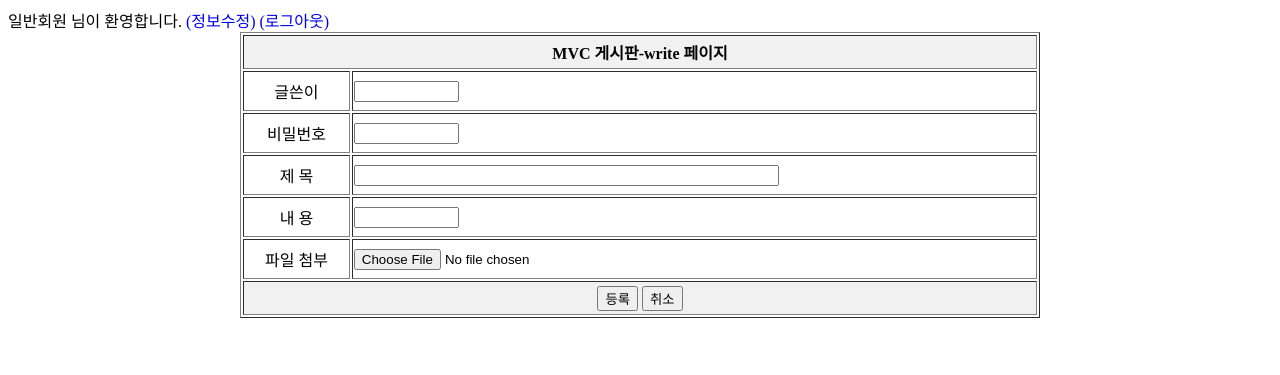
Repository: rumor1993/KH1
Page: http://localhost/Board/board/qna_board_reply.jsp
These files come from the project's save history. The page is drawn as it stood at one moment and after the next save; the edit follows.
The browser window is 1280 px wide. The pictures show the whole page.
The page is served by Tomcat 9. The template is opened directly, without the code that normally fills it, so the values that code supplies are empty.

Above is the page before, as saved 2018-05-10 08:11:21.

After the next save:
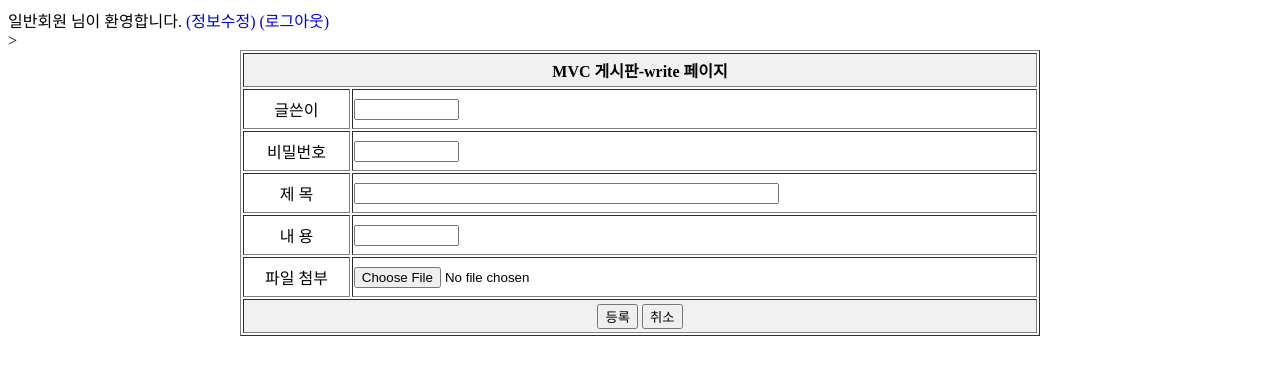
Saved 8 min 43 s later.
--- a/Board/WebContent/board/qna_board_reply.jsp
+++ b/Board/WebContent/board/qna_board_reply.jsp
@@ -9,7 +9,7 @@
 <link href="css/list.css" rel="stylesheet">
 <body>
 	<jsp:include page="header.jsp"/>
-	<form action="./BoardReplyAction.bo" method="post" name="boardform">
+	<form action="./BoardReplyAction.bo" method="post" name="boardform" 	enctype="multipart/form-data" name="boardform">>
 		<input type="hidden" name="BOARD_NUM" value="${boarddata.BOARD_NUM }">
 
 		<input type="hidden" name="BOARD_RE_REF" value="${boarddata.BOARD_RE_REF }">

After the 2 saves that followed:
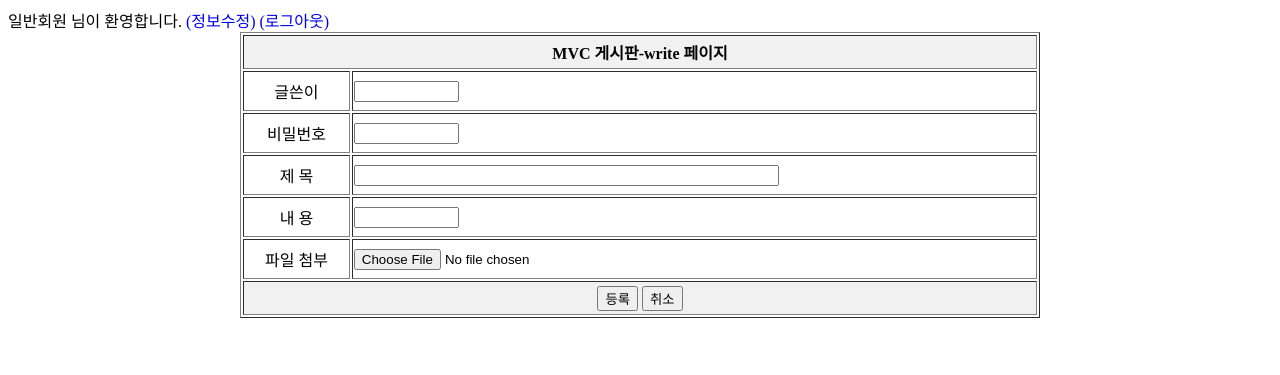
The 2 saves are shown as one change because 1 left the picture as it was.
The last was saved 20 s later.
--- a/Board/WebContent/board/qna_board_reply.jsp
+++ b/Board/WebContent/board/qna_board_reply.jsp
@@ -9,7 +9,7 @@
 <link href="css/list.css" rel="stylesheet">
 <body>
 	<jsp:include page="header.jsp"/>
-	<form action="./BoardReplyAction.bo" method="post" name="boardform" 	enctype="multipart/form-data" name="boardform">>
+	<form action="./BoardReplyAction.bo" method="post" name="boardform" >
 		<input type="hidden" name="BOARD_NUM" value="${boarddata.BOARD_NUM }">
 
 		<input type="hidden" name="BOARD_RE_REF" value="${boarddata.BOARD_RE_REF }">
